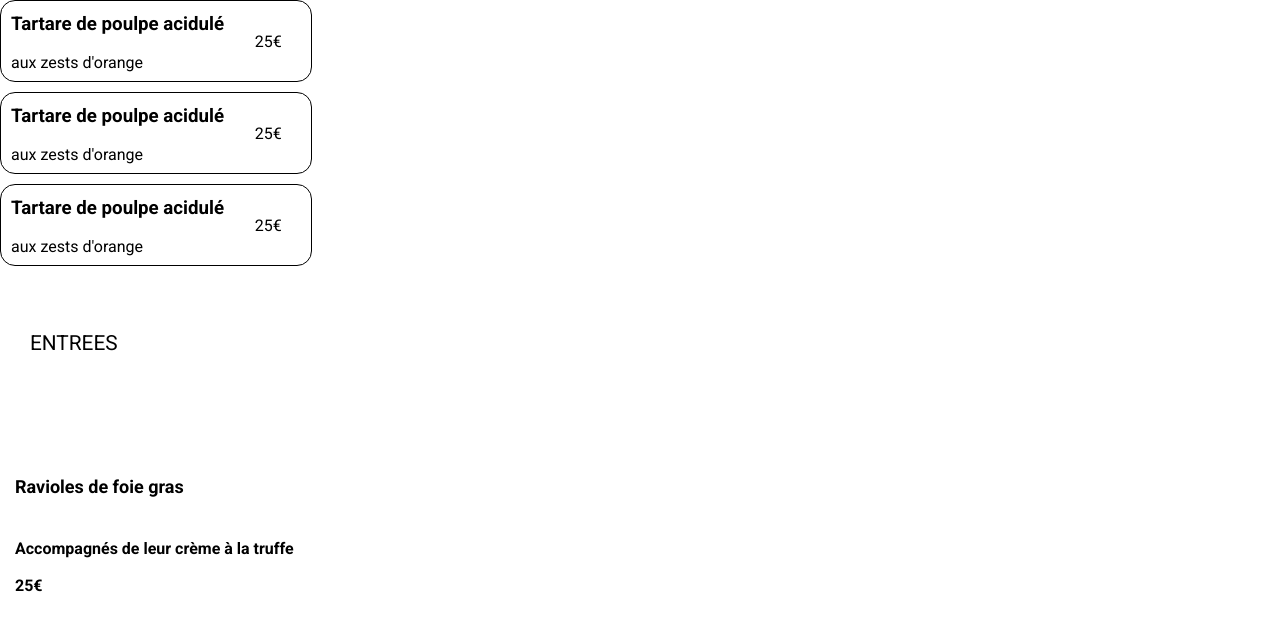
Repository: lysianebo/OHMYFOOD
Page: sass/layout/perso/snipped.html
The author's editor kept a copy of each file at every save. The page is drawn from the files as they stood at one save, then again after the next save.
The browser window is 1280 px wide. The pictures show the whole page.
Some web fonts or font styles are not loaded; a fallback is used. Some web libraries are served in a nearby version.

Above is the page before, as saved 2022-11-16 04:17:51.

### sass/layout/perso/snipped.html
<!DOCTYPE html>
<html lang="en">
<head>
    <meta charset="UTF-8">
    <meta http-equiv="X-UA-Compatible" content="IE=edge">
    <meta name="viewport" content="width=device-width, initial-scale=1.0">
    <link rel="stylesheet" href="snipped.css"/>

    <title>Document</title>
</head>
<body>
    <div class="container">
        <div class="card">
          <div class="part1">
            <h3>
              Tartare de poulpe acidulé
            </h3>
            <p>
              aux zests d'orange
            </p>
          </div>
          <div class="part2">
              25€
          </div>
           <div class="snipped">
              <i class="fas fa-check-circle"></i>
          </div>
        </div>
        <div class="card">
          <div class="part1">
            <H3>
              Tartare de poulpe acidulé
            </H3>
            <p>
              aux zests d'orange
            </p>
          </div>
          <div class="part2">
              25€
          </div>
          <div class="snipped">
              <i class="fas fa-check-circle"></i>
          </div>
        </div>
         <div class="card">
          <div class="part1">
            <H3>
              Tartare de poulpe acidulé
            </H3>
            <p>
              aux zests d'orange
            </p>
          </div>
          <div class="part2">
              25€
          </div>
          <div class="snipped">
              <i class="fas fa-check-circle"></i>
          </div>
        </div>
      </div>

      <div class="menu">
        <div class="entrees">
            <h5 class="bordered-bottom">entrees</h5>
            <div class="detail">
                <h6>Ravioles de foie gras</h6>
                <p>Accompagnés de leur crème à la truffe</p>
                <span class="prix">25€
                <span class="valider"><i class="fas fa-check-circle"></i></span></span>
            </div>



</body>
</html>

### sass/layout/perso/snipped.css
@import url('https://fonts.googleapis.com/css2?family=Roboto:wght@400;500;700;900&display=swap');
@import url('https://fonts.googleapis.com/css2?family=Shrikhand&display=swap');
@import url('https://cdnjs.cloudflare.com/ajax/libs/font-awesome/6.1.2/css/all.css');


@keyframes slidein {
    from { transform: translate(0,10px);opacity:0 }
    to   { transform: translate(0,0px);opacity:1 }
  }

  .container>.card {
    margin-bottom: 10px;
  }
  .container>.card:nth-child(1) {
    margin-bottom: 10px;
    animation: slidein 1s ease-in;
  }
  .container>.card:nth-child(2) {
    margin-bottom: 10px;
    animation: slidein 1s ease-in 0.33s;
  }
  .container>.card:nth-child(3) {
    margin-bottom: 10px;
    animation: slidein 1s ease-in 0.66s;
  }
  .card {
    height: 80px;
    width: 300px;
    padding-left: 10px;
    border: 1px solid black;
    border-radius: 15px;
    display: flex;
    align-items: center;
    overflow: hidden;
  }

  .part1 {
    width: 250px;
    transition: width 1s;
  }

  .part1>h3 {
    overflow: hidden;
    white-space: nowrap;
    text-overflow: ellipsis;
  }

  .part1>p {
    overflow: hidden;
    white-space: nowrap;
    text-overflow: ellipsis;
  }

  .part2 {
    width: 100px;
    text-align: center;
    z-index: 5;
  }

  .snipped {
    display: flex;
    border-top-right-radius: 15px;
    border-bottom-right-radius: 15px;
    background-color: green;
    width: 0px;
    opacity: 0;
    height: 100%;
    justify-content: center;
    align-items: center;
    transition: width 5s, opacity 1s;
  }

  .fa-check-circle {
    color: white;
    font-size: 20px;
    transition: transform 1.5s;
  }

  .card:hover .snipped {
    width: 100px;
    opacity: 1;
  }

  .card:hover .fa-check-circle {
    transform: rotate(360deg);
  }

  .card:hover .part1 {
    width: 180px;
  }
/* ***************typography   */
body{
    font-family: Roboto, sans-serif;
    font-size: 16px;
    margin:0;
    padding: 0;
}
h5 {
    text-transform: uppercase;
    font-size: 130%;
    font-weight: 100;
    padding: 30px;
}
h6{
    font-size: 18px;
    font-weight: 700;

}
/* ***************** bouton detail ********* */
.detail {
    display: inline-block;
    margin: auto;
    padding: 15px;
    font-weight: bold;

    border-radius: 15px;
    position: relative;

        width: 90%;
        margin: auto;
        margin-bottom: 30px;
        background-color: lighten($colour-gray, 2);
        color: $colour-black;
        box-shadow: 2px 3px 5px 4px $colour-gray;

        &:hover{
            background-color: lighten($colour-primary, 35);
            box-shadow: 5px 7px 8px rgb(210, 210, 210);

        }
        &.detail{
            background-color: $colour-white;
            :hover{
                background-color: none;
            }
        }
        @include media{
            width: 30%;
        }
        }
}

After the next save:
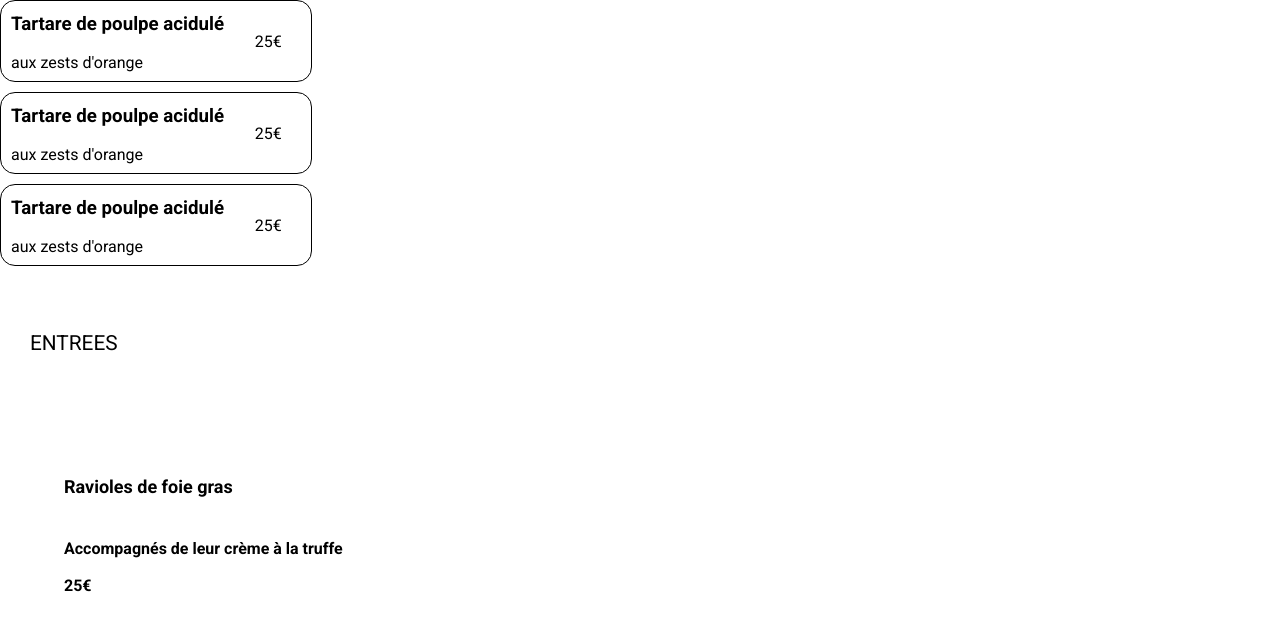
Saved 67 s later.
--- a/sass/layout/perso/snipped.css
+++ b/sass/layout/perso/snipped.css
@@ -108,8 +108,7 @@
 }
 /* ***************** bouton detail ********* */
 .detail {
-    display: inline-block;
-    margin: auto;
+
     padding: 15px;
     font-weight: bold;
 
